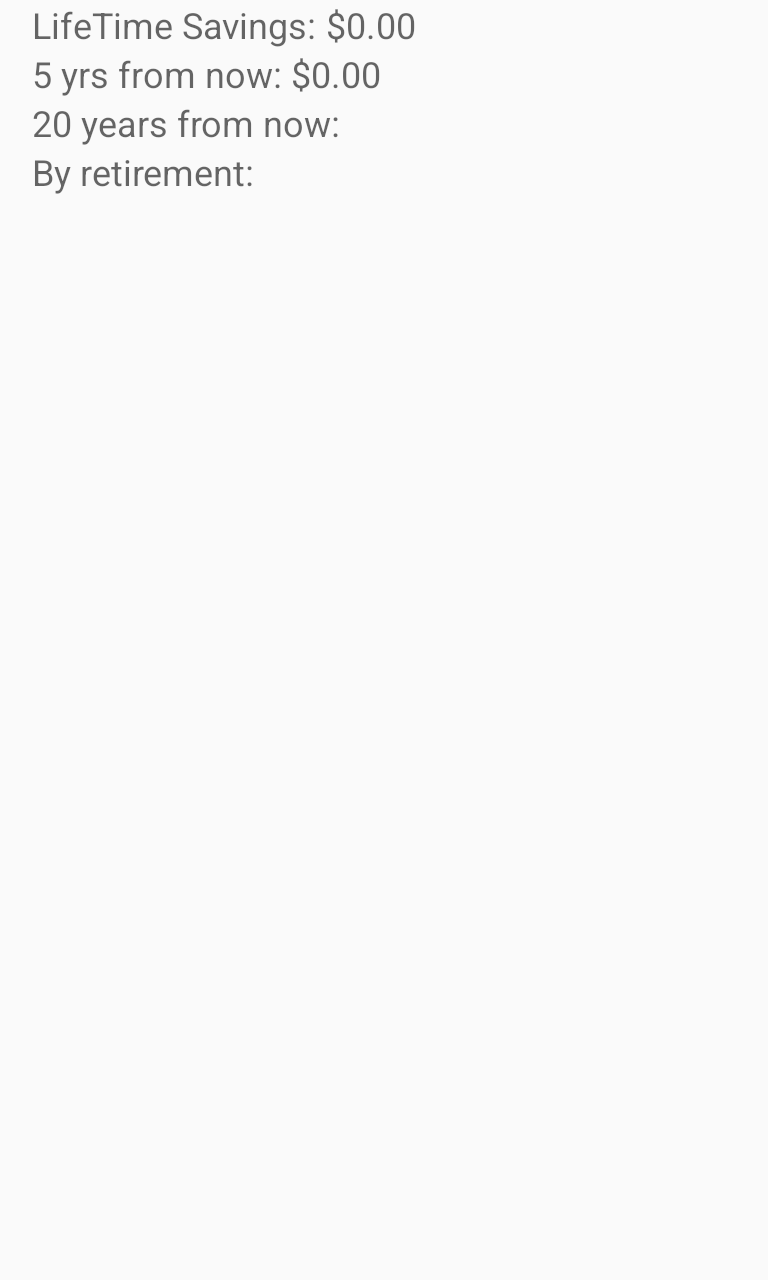
Repository: aallev11/saveit
Layout: ShouldISaveIt/res/layout/activity_lifetime_savings.xml
An editor plug-in stored every save of this project. The layout is shown before and after the next save, followed by the edit.
It is drawn on a 768 x 1280 px phone screen (xhdpi) without system bars, with theme AppTheme; the app's code is not run.

Above is the layout before, as saved 2014-03-30 13:04:41.

### ShouldISaveIt/res/layout/activity_lifetime_savings.xml
<FrameLayout xmlns:android="http://schemas.android.com/apk/res/android"
    xmlns:tools="http://schemas.android.com/tools"
    android:id="@+id/container"
    android:layout_width="match_parent"
    android:layout_height="match_parent"
    tools:context="com.example.shouldisaveit.LifetimeSavings"
    tools:ignore="MergeRootFrame">


    <LinearLayout
        android:layout_width="fill_parent"
        android:layout_height="fill_parent"
        android:orientation="vertical"
        android:paddingLeft="16dp"
        android:paddingRight="16dp" >

        <LinearLayout
            android:layout_width="fill_parent"
            android:layout_height="wrap_content"
            android:orientation="horizontal" >

            <TextView
                android:layout_width="wrap_content"
                android:layout_height="wrap_content"
                android:text="LifeTime Savings: "
                android:textAppearance="?android:attr/textAppearanceMedium" />

            <TextView
                android:id="@+id/lifeTimeSavings"
                android:layout_width="wrap_content"
                android:layout_height="wrap_content"
                android:text="$0.00"
                android:textAppearance="?android:attr/textAppearanceMedium" />
        </LinearLayout>

        <LinearLayout
            android:layout_width="fill_parent"
            android:layout_height="wrap_content"
            android:orientation="horizontal" >

            <TextView
                android:layout_width="wrap_content"
                android:layout_height="wrap_content"
                android:text="5 yrs from now: "
                android:textAppearance="?android:attr/textAppearanceMedium" />

            <TextView
                android:id="@+id/fiveYrsLifetimeSavings"
                android:layout_width="wrap_content"
                android:layout_height="wrap_content"
                android:text="$0.00"
                android:textAppearance="?android:attr/textAppearanceMedium" />
        </LinearLayout>

        <LinearLayout
            android:layout_width="fill_parent"
            android:layout_height="wrap_content"
            android:orientation="horizontal" >

            <TextView
                android:layout_width="wrap_content"
                android:layout_height="wrap_content"
                android:text="20 years from now:   "
                android:textAppearance="?android:attr/textAppearanceMedium" />

            <TextView
                android:id="@+id/twentyYearsLifetimeSavings"
                android:layout_width="match_parent"
                android:layout_height="wrap_content"
                android:ems="10"
                android:width="40dp" >
            </TextView>
        </LinearLayout>

        <LinearLayout
            android:layout_width="fill_parent"
            android:layout_height="wrap_content"
            android:orientation="horizontal" >

            <TextView
                android:layout_width="wrap_content"
                android:layout_height="wrap_content"
                android:text="By retirement:  "
                android:textAppearance="?android:attr/textAppearanceMedium" />

            <TextView
                android:id="@+id/byRetirementLifetimeSavings"
                android:layout_width="match_parent"
                android:layout_height="wrap_content"
                android:ems="10"
                android:width="40dp" >
            </TextView>
        </LinearLayout>
    </LinearLayout>


    </FrameLayout>

Loaded but not shown: ShouldISaveIt/res/values/styles.xml (common file); ShouldISaveIt/res/values-v11/styles.xml (common file); ShouldISaveIt/res/values-v14/styles.xml (common file)

After the next save:
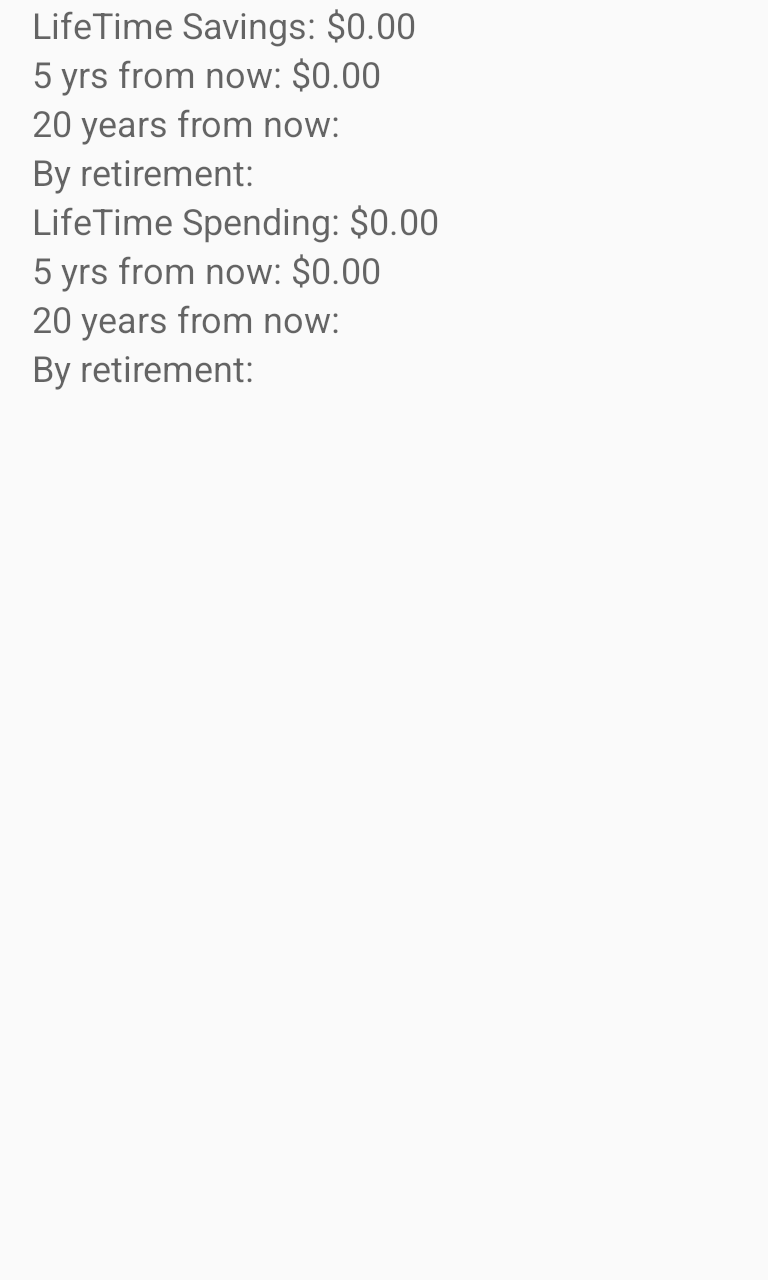
Saved 48 s later.
--- a/ShouldISaveIt/res/layout/activity_lifetime_savings.xml
+++ b/ShouldISaveIt/res/layout/activity_lifetime_savings.xml
@@ -91,6 +91,87 @@
                 android:width="40dp" >
             </TextView>
         </LinearLayout>
+
+
+
+
+                <LinearLayout
+            android:layout_width="fill_parent"
+            android:layout_height="wrap_content"
+            android:orientation="horizontal" >
+
+            <TextView
+                android:layout_width="wrap_content"
+                android:layout_height="wrap_content"
+                android:text="LifeTime Spending: "
+                android:textAppearance="?android:attr/textAppearanceMedium" />
+
+            <TextView
+                android:id="@+id/lifeTimeSavings"
+                android:layout_width="wrap_content"
+                android:layout_height="wrap_content"
+                android:text="$0.00"
+                android:textAppearance="?android:attr/textAppearanceMedium" />
+        </LinearLayout>
+
+        <LinearLayout
+            android:layout_width="fill_parent"
+            android:layout_height="wrap_content"
+            android:orientation="horizontal" >
+
+            <TextView
+                android:layout_width="wrap_content"
+                android:layout_height="wrap_content"
+                android:text="5 yrs from now: "
+                android:textAppearance="?android:attr/textAppearanceMedium" />
+
+            <TextView
+                android:id="@+id/fiveYrsLifetimeSavings"
+                android:layout_width="wrap_content"
+                android:layout_height="wrap_content"
+                android:text="$0.00"
+                android:textAppearance="?android:attr/textAppearanceMedium" />
+        </LinearLayout>
+
+        <LinearLayout
+            android:layout_width="fill_parent"
+            android:layout_height="wrap_content"
+            android:orientation="horizontal" >
+
+            <TextView
+                android:layout_width="wrap_content"
+                android:layout_height="wrap_content"
+                android:text="20 years from now:   "
+                android:textAppearance="?android:attr/textAppearanceMedium" />
+
+            <TextView
+                android:id="@+id/twentyYearsLifetimeSavings"
+                android:layout_width="match_parent"
+                android:layout_height="wrap_content"
+                android:ems="10"
+                android:width="40dp" >
+            </TextView>
+        </LinearLayout>
+
+        <LinearLayout
+            android:layout_width="fill_parent"
+            android:layout_height="wrap_content"
+            android:orientation="horizontal" >
+
+            <TextView
+                android:layout_width="wrap_content"
+                android:layout_height="wrap_content"
+                android:text="By retirement:  "
+                android:textAppearance="?android:attr/textAppearanceMedium" />
+
+            <TextView
+                android:id="@+id/byRetirementLifetimeSavings"
+                android:layout_width="match_parent"
+                android:layout_height="wrap_content"
+                android:ems="10"
+                android:width="40dp" >
+            </TextView>
+        </LinearLayout>
     </LinearLayout>
 
 
